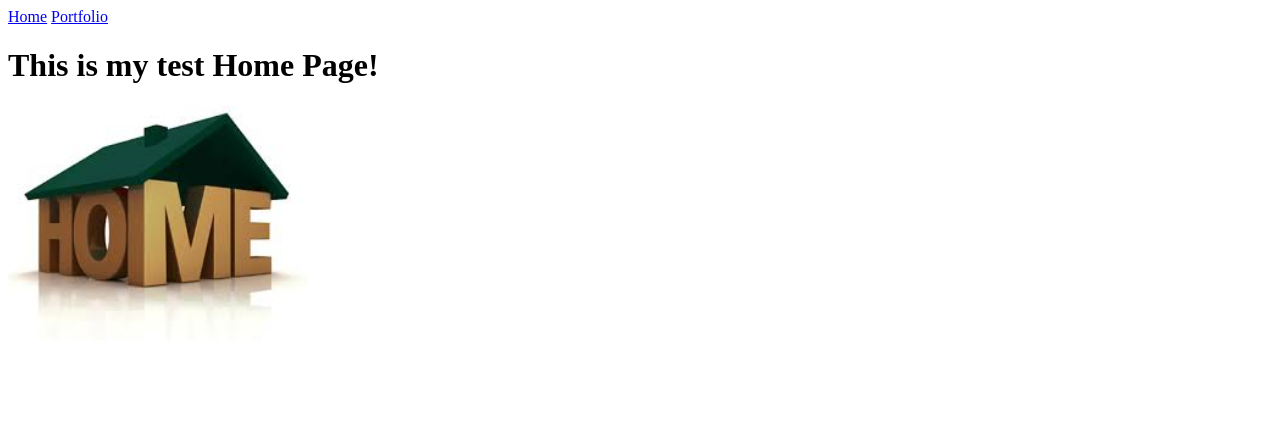
Repository: Fry-Rice/Fry-Rice.github.io
Page: my_website/index.html
The author's editor kept a record of every edit. The page is drawn from the files as they stood at one moment, then again after the next edit.
The browser window is 1280 px wide. The pictures show the whole page.

Above is the page before.

After the next edit:
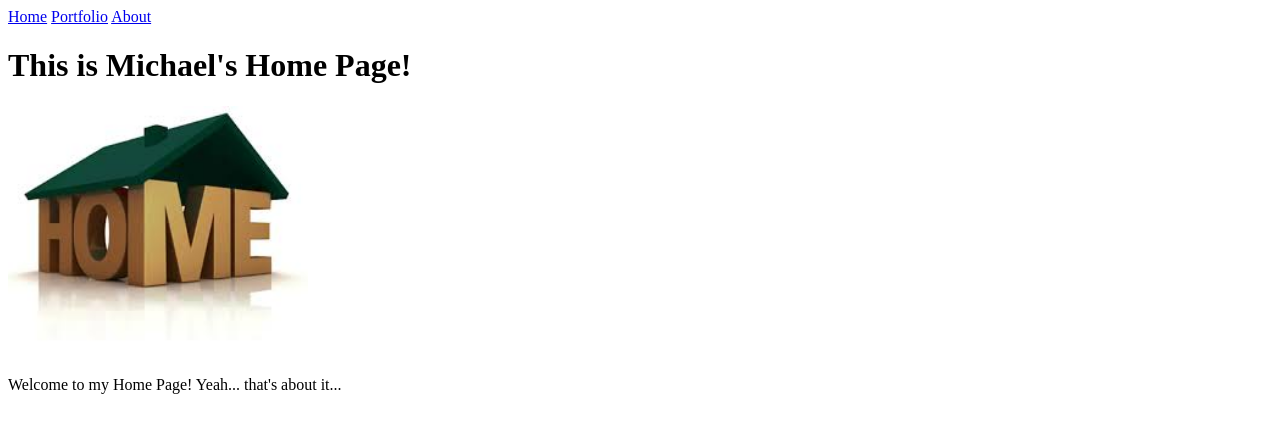
The edit:
--- a/my_website/index.html
+++ b/my_website/index.html
@@ -7,7 +7,9 @@
   <body>
     <a href="index.html">Home</a>
     <a href="portfolio.html">Portfolio</a>
-    <h1>This is my test Home Page!</h1>
+    <a href="about.html">About</a>
+    <h1>This is    Michael's Home Page!</h1>
     <img src="images/home.jpg" height="250">
+    <p>Welcome to my Home Page! Yeah... that's about it...</p>
   </body>
 </html>
